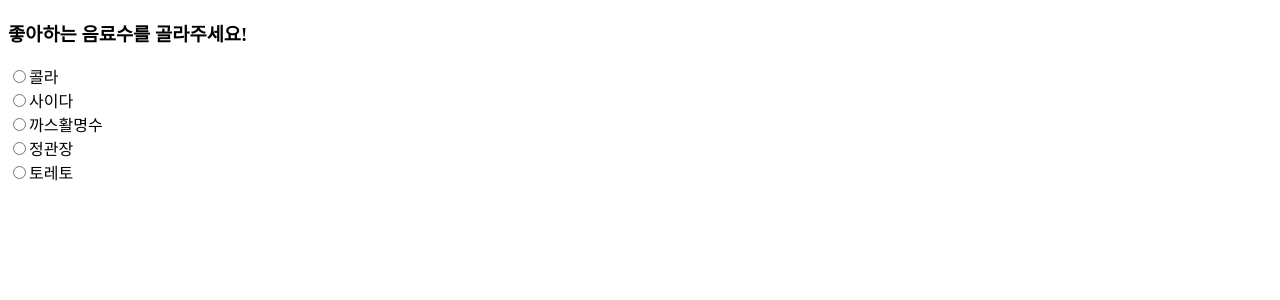
Repository: Hongjeongmin/university
Page: http://localhost/test/a.jsp
An editor plug-in stored every save of this project. The page is shown before and after the next save, followed by the edit.
The browser window is 1280 px wide. The pictures show the whole page.
The page is served by Tomcat 9.

Above is the page before, as saved 2018-09-27 03:02:40.

### webprograming/test/test/WebContent/a.jsp
<%@ page language="java" contentType="text/html; charset=UTF-8"
    pageEncoding="UTF-8"%>
<!DOCTYPE html>
<html>
<head>
<meta charset="UTF-8">
<title>Insert title here</title>
</head>
<body>
<h3>좋아하는 음료수를 골라주세요!</h3>
	<form method="post" action="b.sjp">
		<input type="radio" name="dr" value="콜라"/>콜라<br>
		<input type="radio" name="dr" value="사이다"/>사이다<br>
		<input type="radio" name="dr" value="까스활명수"/>까스활명수<br>
		<input type="radio" name="dr" value="정관장"/>정관장<br>
		<input type="radio" name="dr" value="토레토"/>토레토<br>

	</form>
</body>
</html>

After the next save:
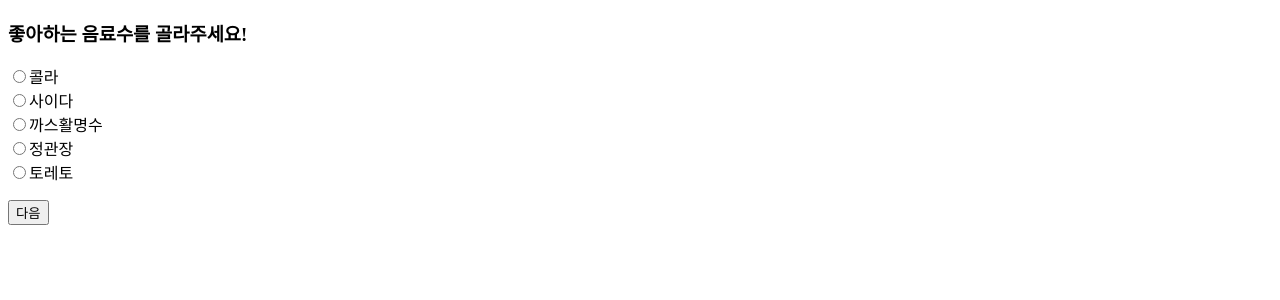
Saved 60 s later.
--- a/webprograming/test/test/WebContent/a.jsp
+++ b/webprograming/test/test/WebContent/a.jsp
@@ -14,7 +14,8 @@
 		<input type="radio" name="dr" value="까스활명수"/>까스활명수<br>
 		<input type="radio" name="dr" value="정관장"/>정관장<br>
 		<input type="radio" name="dr" value="토레토"/>토레토<br>
-
+		<p>
+		<input type="submit" value="다음"/>
 	</form>
 </body>
 </html>
